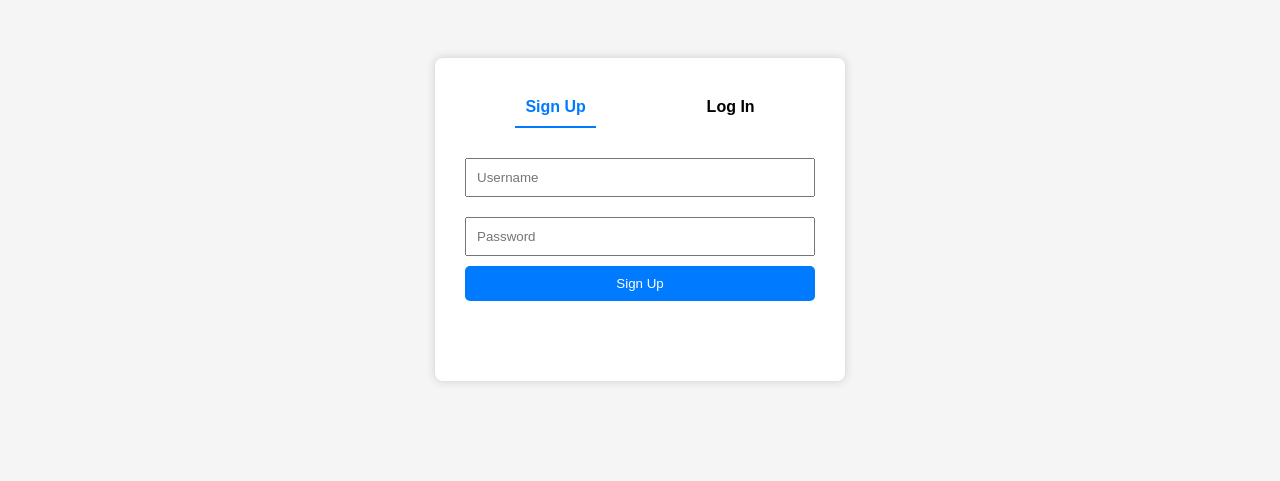
Repository: BanavasiPrakash/radminnetworkping
Page: src/main/resources/static/auth.html
These files come from the project's save history. The page is drawn as it stood at one moment and after the next save; the edit follows.
The browser window is 1280 px wide. The pictures show the whole page.

Above is the page before, as saved 2025-08-22 15:03:58.

After the next save:
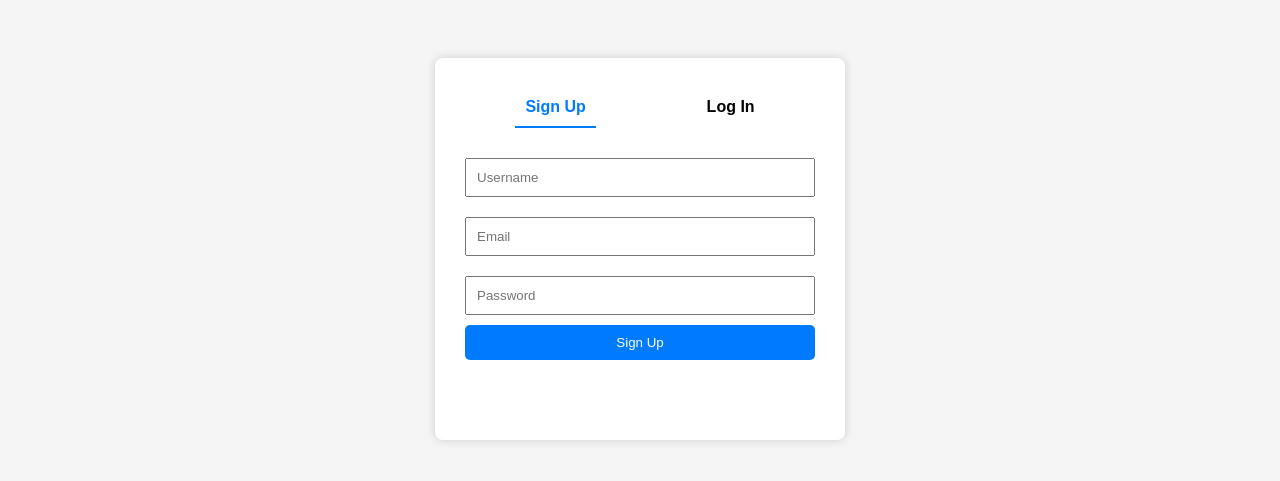
Saved 27 s later.
--- a/src/main/resources/static/auth.html
+++ b/src/main/resources/static/auth.html
@@ -29,11 +29,13 @@
     </div>
 
     <form id="signup-form" class="active" onsubmit="submitSignup(event)">
-      <input type="text" id="signup-username" placeholder="Username" required>
-      <input type="password" id="signup-password" placeholder="Password" required>
-      <button type="submit">Sign Up</button>
-      <div id="signup-message" class="message"></div>
-    </form>
+  <input type="text" id="signup-username" placeholder="Username" required>
+  <input type="email" id="signup-email" placeholder="Email" required>
+  <input type="password" id="signup-password" placeholder="Password" required>
+  <button type="submit">Sign Up</button>
+  <div id="signup-message" class="message"></div>
+</form>
+
 
 
     <form id="login-form" onsubmit="submitLogin(event)">
